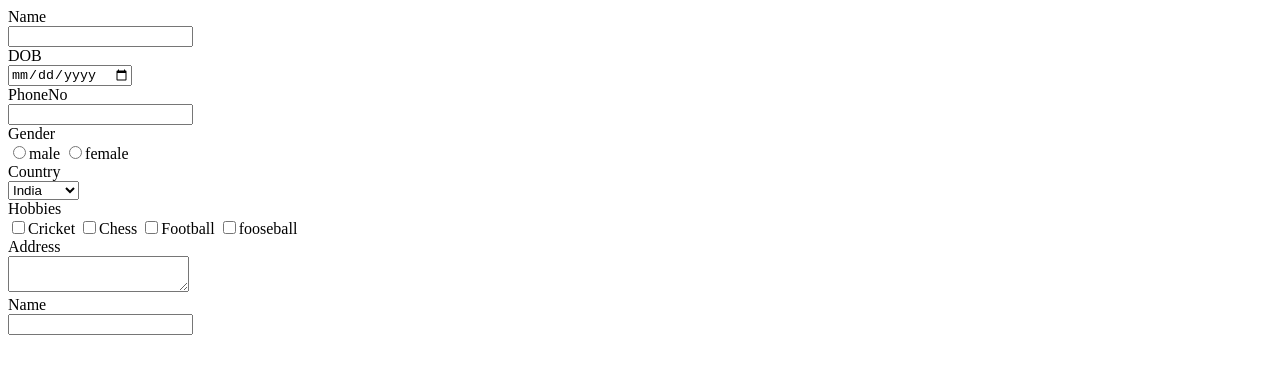
Repository: mnarendra333/batch21_WE
Page: RegApp/WebContent/index.html
These files come from the project's save history. The page is drawn as it stood at one moment and after the next save; the edit follows.
The browser window is 1280 px wide. The pictures show the whole page.

Above is the page before, as saved 2019-02-10 07:05:57.

After the next save:
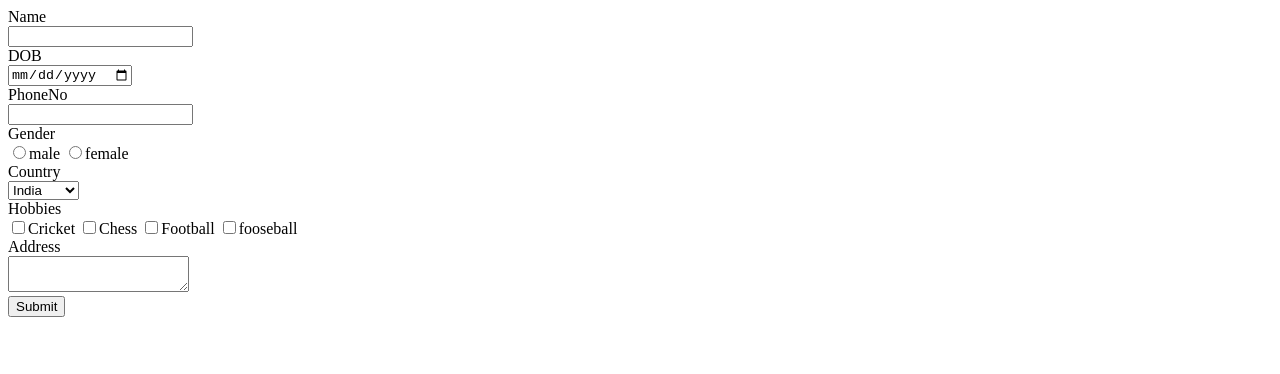
Saved 3 min 0 s later.
--- a/RegApp/WebContent/index.html
+++ b/RegApp/WebContent/index.html
@@ -64,9 +64,9 @@
 				</div>
 			</div>
 			<div>
-				<div>Name</div>
+
 				<div>
-					<input type="text" name="uname">
+					<input type="submit" name="uname">
 				</div>
 			</div>
 
